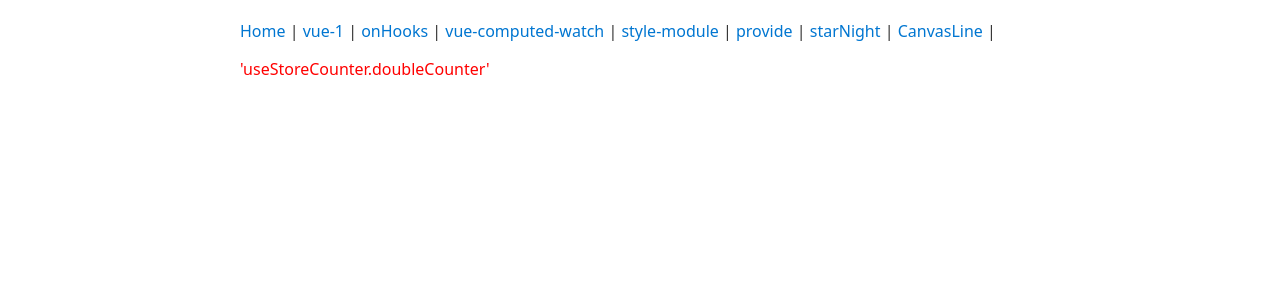
Repository: 596178924/vue3-ts-html
Page: /
An editor plug-in stored every save of this project. The page is shown before and after the next save, followed by the edit.
The browser window is 1280 px wide. The pictures show the whole page.
The project was rebuilt for these pictures with package versions that can differ from the ones it lists, and the page was loaded fresh each time. Also part of the build but not shown: vue.config.js.

Above is the page before, as saved 2022-02-15 16:30:24.

After the next save:
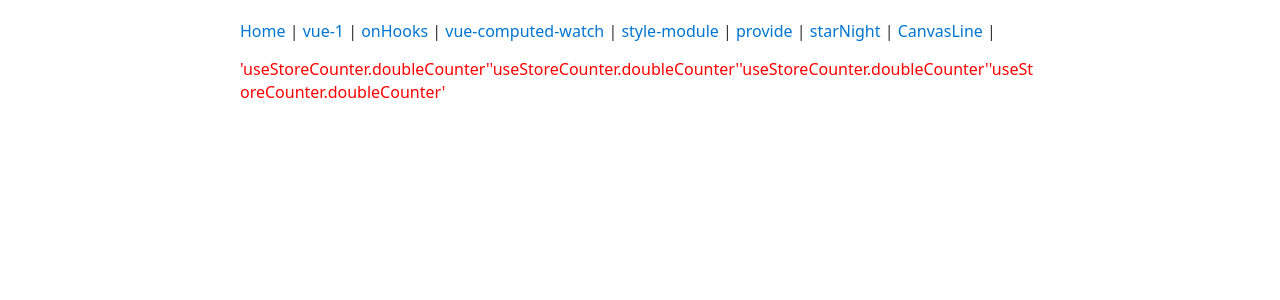
Saved 14 s later.
--- a/src/views/Home.vue
+++ b/src/views/Home.vue
@@ -1,7 +1,7 @@
 <template>
 	<div class="home">
 		<p class="red">
-			'useStoreCounter.doubleCounter'
+			'useStoreCounter.doubleCounter''useStoreCounter.doubleCounter''useStoreCounter.doubleCounter''useStoreCounter.doubleCounter'
 		</p>
 	</div>
 </template>
